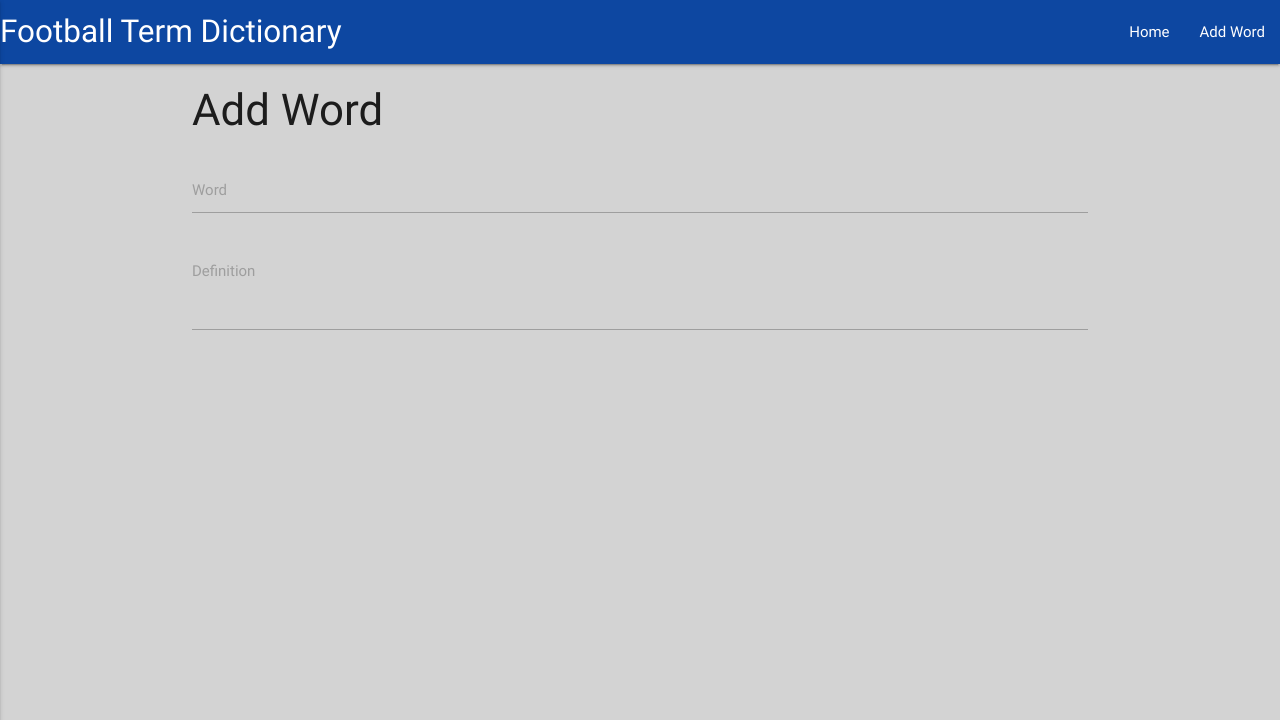
Repository: BLMcDonald/Milestone3
Page: http://localhost/add_word
The author's editor kept a record of every edit. The page is drawn from the files as they stood at one moment, then again after the next edit.
The browser window is 1280 px wide. The pictures show the whole page.
Some web libraries are served in a nearby version. The page is served by the project's application, run on Flask 3 (app.py).

Above is the page before.

After the next edit:
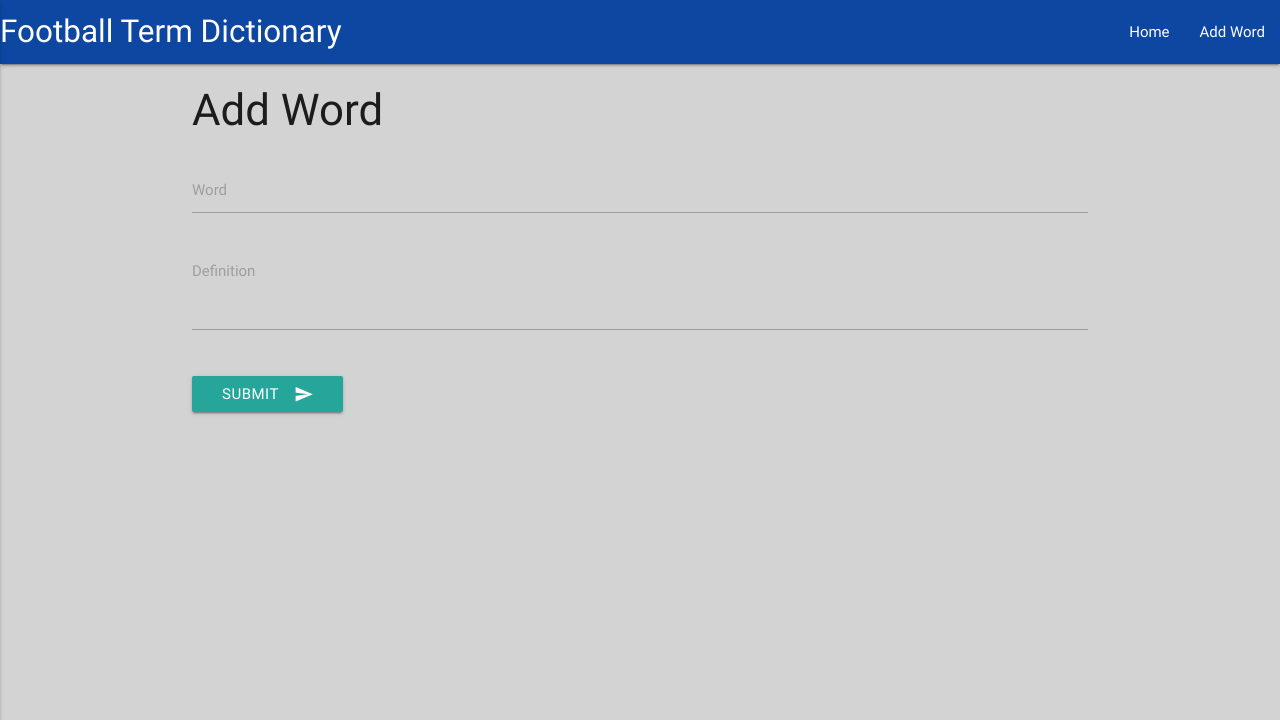
The edit:
--- a/templates/addword.html
+++ b/templates/addword.html
@@ -15,6 +15,10 @@
                 <label for="icon_telephone">Definition</label>
             </div>
         </div>
+
+        <button class="btn waves-effect waves-light" type="submit" name="action">Submit
+            <i class="material-icons right">send</i>
+        </button>
     </form>
 </div>
 
